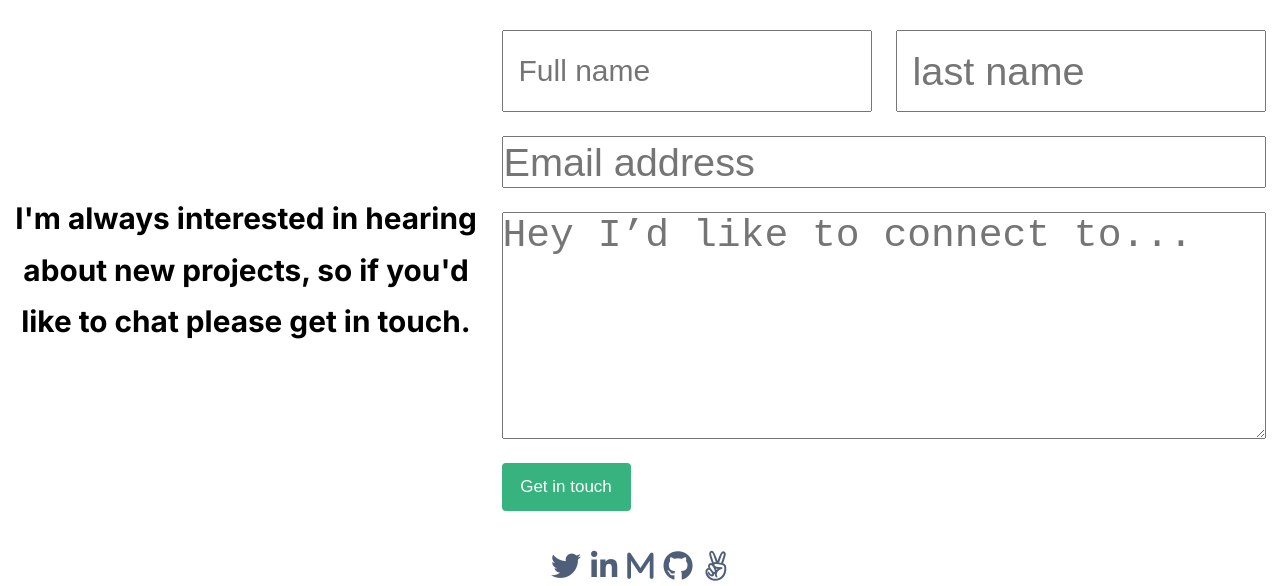
Repository: usman3123/portfolio-template-2
Page: index.html
The author's editor kept a copy of each file at every save. The page is drawn from the files as they stood at one save, then again after the next save.
The browser window is 1280 px wide. The pictures show the part of the page from y = 3210 to 3796 px (the page is 3796 px tall).
A picture or video elsewhere on the page could not be fetched, so the positions and the page height are approximate. Some web libraries are served in a nearby version.

Above is the page before, as saved 2025-01-21 10:06:19.

After the next save:
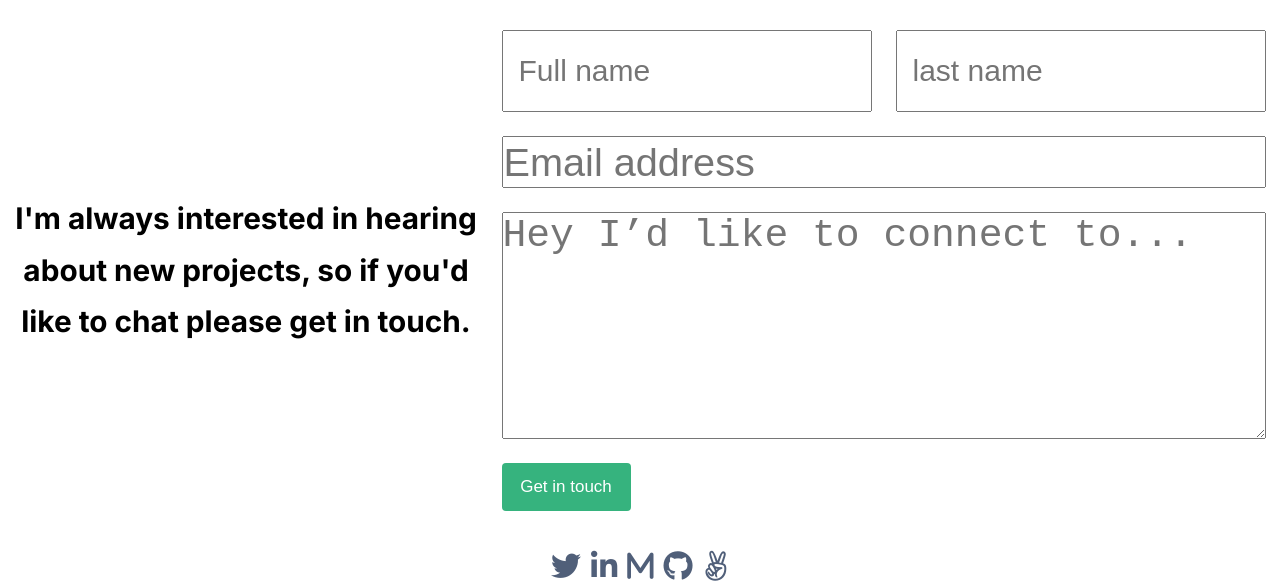
Saved 11 s later.
--- a/style.css
+++ b/style.css
@@ -312,7 +312,7 @@ h2::before {
     line-height: 48px;
     width: 50%;
     padding: 15px;
-    font-size: 4rem;
+    font-size: 30px;
 }
 .contact-email {
     color:#42526e ;
